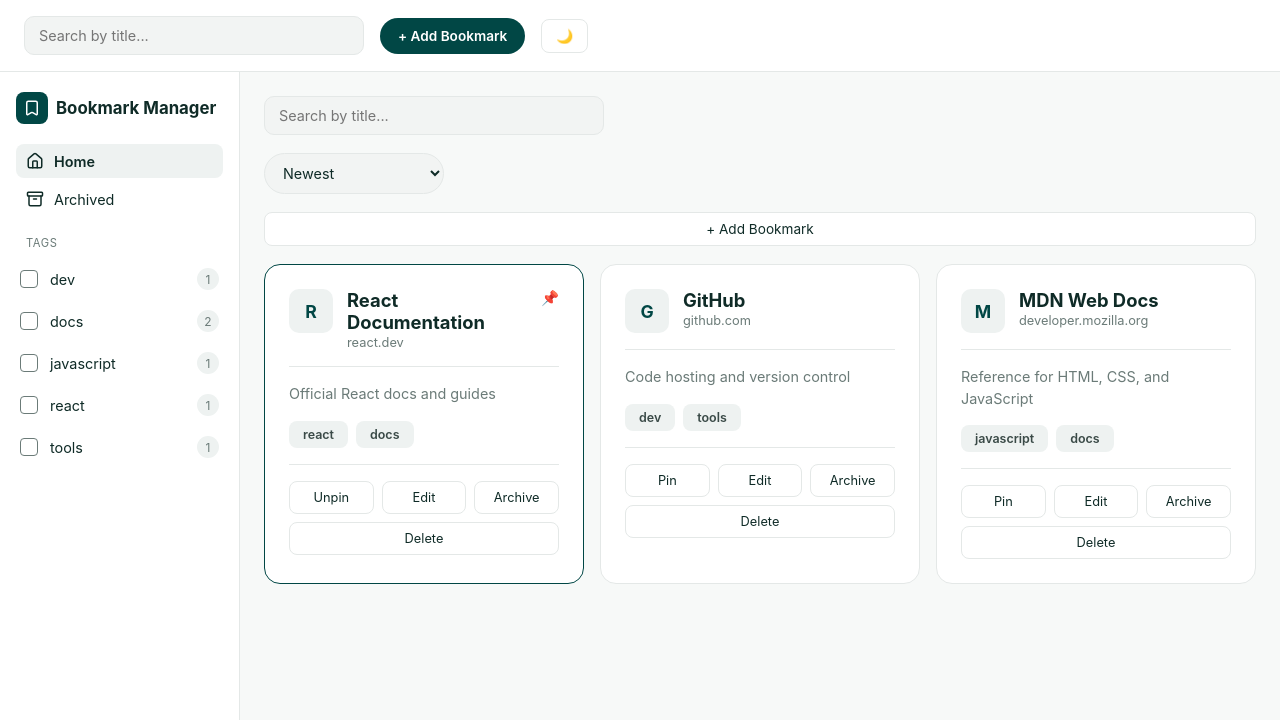
Repository: K0k1M4r/Big-Game-React
Page: /
These files come from the project's save history. The page is drawn as it stood at one moment and after the next save; the edit follows.
The browser window is 1280 px wide. The pictures show the whole page.
The project was rebuilt for these pictures with package versions that can differ from the ones it lists, and the page was loaded fresh each time. Also part of the build but not shown: vite.config.js, src/components/Modal.jsx, src/components/BookmarkForm.jsx.

Above is the page before, as saved 2026-09-23 18:40:31.

### index.html
<!doctype html>
<html lang="en">
  <head>
    <meta charset="UTF-8" />
    <link rel="icon" type="image/svg+xml" href="/favicon.svg" />
    <meta name="viewport" content="width=device-width, initial-scale=1.0" />
    <title>bookmark-manager</title>
  </head>
  <body>
    <div id="root"></div>
    <script type="module" src="/src/main.jsx"></script>
  </body>
</html>

### src/index.css
/* ===== Reset & Base ===== */
* {
  box-sizing: border-box;
  margin: 0;
  padding: 0;
}

body {
  font-family: -apple-system, BlinkMacSystemFont, "Segoe UI", Roboto, Helvetica, Arial, sans-serif;
  background-color: var(--bg-color);
  color: var(--text-color);
  transition: background-color 0.2s, color 0.2s;
}

/* ===== Theme Variables ===== */
:root[data-theme="light"] {
  --bg-color: #f7f9f8;
  --sidebar-bg: #ffffff;
  --header-bg: #ffffff;
  --card-bg: #ffffff;
  --input-bg: #f2f4f3;
  --text-color: #0f2b27;
  --muted-text: #6b7b78;
  --border-color: #e4e8e7;
  --tag-bg: #eef2f1;
  --tag-text: #3a4a47;
  --accent-color: #014745;
  --accent-hover: #026358;
  --error-color: #dc2626;
  --checkbox-border: #6b7b78;
  --nav-active-bg: #e8f0ee;
}

:root[data-theme="dark"] {
  --bg-color: #0c2622;
  --sidebar-bg: #001f1f;
  --header-bg: #0d2b27;
  --card-bg: #0f3430;
  --input-bg: #123833;
  --text-color: #f2f7f5;
  --muted-text: #9fb5b0;
  --border-color: #1c4d46;
  --tag-bg: #164039;
  --tag-text: #cfe6df;
  --accent-color: #014745;
  --accent-hover: #026358;
  --error-color: #f87171;
  --checkbox-border: #5a7a74;
  --nav-active-bg: #0d3a35;
}

button {
  font-family: inherit;
  cursor: pointer;
  border: 1px solid var(--border-color);
  background-color: var(--card-bg);
  color: var(--text-color);
  border-radius: 8px;
  padding: 8px 14px;
  font-size: 0.85rem;
  transition: background-color 0.15s, border-color 0.15s;
}

button:hover {
  filter: brightness(0.96);
}

input:not([type="checkbox"]),
textarea,
select {
  font-family: inherit;
  font-size: 0.9rem;
  padding: 10px 14px;
  border: 1px solid var(--border-color);
  border-radius: 10px;
  background-color: var(--input-bg);
  color: var(--text-color);
  width: 100%;
}

input:focus,
textarea:focus,
select:focus {
  outline: none;
  border-color: var(--accent-color);
}

/* ===== App Layout ===== */
.app {
  min-height: 100vh;
  display: flex;
  flex-direction: column;
}

.app-body {
  display: flex;
  flex: 1;
}

.logo-icon {
  display: inline-flex;
  align-items: center;
  justify-content: center;
  width: 32px;
  height: 32px;
  background-color: var(--accent-color);
  border-radius: 8px;
  color: #ffffff;
}



/* ===== Sidebar ===== */
.sidebar {
  width: 240px;
  flex-shrink: 0;
  background-color: var(--sidebar-bg);
  border-right: 1px solid var(--border-color);
  padding: 20px 16px;
  display: flex;
  flex-direction: column;
  gap: 4px;
}

.sidebar-logo {
  font-weight: 700;
  font-size: 1.05rem;
  margin-bottom: 16px;
  display: flex;
  align-items: center;
  gap: 8px;
}


.sidebar > button {
  display: flex;
  align-items: center;
  gap: 10px;
  border: none;
  background: transparent;
  text-align: left;
  width: 100%;
  padding: 8px 10px;
  border-radius: 8px;
  font-size: 0.9rem;
  color: var(--text-color);
}


.sidebar button.active {
  background-color: var(--tag-bg);
  font-weight: 600;
}

.sidebar-tags-label {
  font-size: 0.7rem;
  text-transform: uppercase;
  letter-spacing: 0.05em;
  color: var(--muted-text);
  margin: 16px 0 6px 10px;
}

.sidebar-tags {
  display: flex;
  flex-direction: column;
  gap: 4px;
}

.sidebar-tag {
  display: flex;
  align-items: center;
  gap: 12px;
  padding: 8px 4px;
  border-radius: 8px;
  cursor: pointer;
  font-size: 0.9rem;
}

.sidebar-tag:hover {
  background-color: var(--tag-bg);
}

.sidebar-tag input[type="checkbox"] {
  width: 18px;
  height: 18px;
  margin: 0;
  flex-shrink: 0;
  appearance: none;
  -webkit-appearance: none;
  border: 1.5px solid var(--checkbox-border);
  border-radius: 4px;
  background-color: transparent;
  cursor: pointer;
  position: relative;
}

.sidebar-tag input[type="checkbox"]:checked {
  background-color: var(--accent-color);
  border-color: var(--accent-color);
}

.sidebar-tag input[type="checkbox"]:checked::after {
  content: "";
  position: absolute;
  left: 5px;
  top: 1px;
  width: 5px;
  height: 10px;
  border: solid white;
  border-width: 0 2px 2px 0;
  transform: rotate(45deg);
}

.tag-name {
  flex: 1;
  color: var(--text-color);
}

.tag-count {
  margin-left: auto;
  min-width: 22px;
  height: 22px;
  display: flex;
  align-items: center;
  justify-content: center;
  font-size: 0.75rem;
  color: var(--muted-text);
  background-color: var(--tag-bg);
  border-radius: 999px;
  padding: 0 6px;
}

/* ===== Header ===== */
.app-header {
  display: flex;
  align-items: center;
  gap: 16px;
  background-color: var(--header-bg);
  border-bottom: 1px solid var(--border-color);
  padding: 16px 24px;
}

.app-header h1 {
  font-size: 1.1rem;
  white-space: nowrap;
}

.search-bar {
  max-width: 340px;
  border-radius: 999px;
}

.add-bookmark-btn {
  background-color: var(--accent-color);
  color: #ffffff;
  border: none;
  border-radius: 999px;
  padding: 10px 18px;
  font-weight: 600;
  white-space: nowrap;
}

.add-bookmark-btn:hover {
  background-color: var(--accent-hover);
}

/* ===== Main Content ===== */
.app-main {
  flex: 1;
  padding: 24px;
  display: flex;
  flex-direction: column;
  gap: 18px;
}

.filter-bar {
  display: flex;
  flex-wrap: wrap;
  gap: 8px;
}

.filter-bar button {
  border-radius: 999px;
  padding: 6px 14px;
  font-size: 0.8rem;
}

.filter-bar button.active {
  background-color: var(--accent-color);
  color: #ffffff;
  border-color: var(--accent-color);
}

.sort-select {
  max-width: 180px;
  border-radius: 999px;
}

/* ===== Bookmark List & Card ===== */
.bookmark-list {
  display: grid;
  grid-template-columns: repeat(auto-fill, minmax(270px, 1fr));
  gap: 16px;
}

.bookmark-card {
  position: relative;
  background-color: var(--card-bg);
  border: 1px solid var(--border-color);
  border-radius: 16px;
  padding: 24px;
  display: flex;
  flex-direction: column;
  gap: 16px;
}

.bookmark-card.pinned {
  border-color: var(--accent-color);
}

.bookmark-card-header {
  display: flex;
  align-items: flex-start;
  gap: 14px;
}

.bookmark-favicon {
  flex-shrink: 0;
  width: 44px;
  height: 44px;
  border-radius: 10px;
  background-color: var(--tag-bg);
  color: var(--accent-color);
  display: flex;
  align-items: center;
  justify-content: center;
  font-weight: 700;
  font-size: 1.1rem;
}

.bookmark-title-group {
  flex: 1;
  min-width: 0;
}

.bookmark-card h3 {
  font-size: 1.15rem;
  font-weight: 700;
  margin-bottom: 2px;
}

.bookmark-domain {
  font-size: 0.8rem;
  color: var(--muted-text);
}

.pin-badge {
  font-size: 0.9rem;
  flex-shrink: 0;
}

.bookmark-divider {
  height: 1px;
  background-color: var(--border-color);
}

.bookmark-card .description {
  font-size: 0.9rem;
  color: var(--muted-text);
  line-height: 1.5;
}

.tag-list {
  display: flex;
  flex-wrap: wrap;
  gap: 8px;
  list-style: none;
}

.tag {
  background-color: var(--tag-bg);
  color: var(--tag-text);
  font-size: 0.78rem;
  font-weight: 600;
  padding: 6px 14px;
  border-radius: 8px;
}

.card-actions {
  display: flex;
  flex-wrap: wrap;
  gap: 8px;
}

.card-actions button {
  flex: 1;
  min-width: 70px;
  font-size: 0.8rem;
  padding: 8px 10px;
  border-radius: 8px;
}

.archived-label {
  position: absolute;
  bottom: 14px;
  right: 14px;
  font-size: 0.7rem;
  color: var(--muted-text);
  font-style: italic;
}

/* ===== Empty / Loading States ===== */
.empty-state {
  text-align: center;
  color: var(--muted-text);
  padding: 60px 20px;
  font-size: 1rem;
}

/* ===== Modal ===== */
.modal-overlay {
  position: fixed;
  inset: 0;
  background-color: rgba(0, 0, 0, 0.5);
  display: flex;
  align-items: center;
  justify-content: center;
  z-index: 100;
  padding: 16px;
}

.modal-content {
  position: relative;
  background-color: var(--card-bg);
  border: 1px solid var(--border-color);
  border-radius: 16px;
  padding: 26px;
  width: 100%;
  max-width: 420px;
  max-height: 90vh;
  overflow-y: auto;
}

.modal-close {
  position: absolute;
  top: 12px;
  right: 12px;
  border: none;
  background: transparent;
  font-size: 1rem;
  padding: 4px 8px;
}

/* ===== Bookmark Form ===== */
.bookmark-form {
  display: flex;
  flex-direction: column;
  gap: 14px;
}

.form-field {
  display: flex;
  flex-direction: column;
  gap: 4px;
}

.form-field textarea {
  resize: vertical;
  min-height: 70px;
  border-radius: 10px;
}

.error {
  color: var(--error-color);
  font-size: 0.8rem;
}

.bookmark-form button[type="submit"] {
  background-color: var(--accent-color);
  color: #ffffff;
  border-color: var(--accent-color);
  padding: 10px;
  border-radius: 999px;
  font-weight: 600;
}

/* ===== Responsive ===== */
@media (max-width: 768px) {
  .app-body {
    flex-direction: column;
  }

  .sidebar {
    width: 100%;
    flex-direction: row;
    flex-wrap: wrap;
    overflow-x: auto;
    border-right: none;
    border-bottom: 1px solid var(--border-color);
    padding: 12px 16px;
  }

  .sidebar button {
    width: auto;
    white-space: nowrap;
  }

  .app-header {
    flex-wrap: wrap;
  }

  .app-main {
    padding: 16px;
  }

  .bookmark-list {
    grid-template-columns: 1fr;
  }

  .search-bar,
  .sort-select {
    max-width: 100%;
  }
}

### src/App.jsx
import { useState, useEffect } from "react";
import Header from "./components/Layout/Header";
import Sidebar from "./components/Layout/Sidebar";
import SearchBar from "./components/SearchBar";
import SortSelect from "./components/SortSelect";
import BookmarkList from "./components/BookmarkList";
import Modal from "./components/Modal";
import BookmarkForm from "./components/BookmarkForm";

function App() {
  const [bookmarks, setBookmarks] = useState([]);
  const [isLoading, setIsLoading] = useState(true);
  const [isModalOpen, setIsModalOpen] = useState(false);
  const [editingBookmark, setEditingBookmark] = useState(null);
  const [currentView, setCurrentView] = useState("all");
  const [searchTerm, setSearchTerm] = useState("");
  const [selectedTag, setSelectedTag] = useState("All");
  const [sortOption, setSortOption] = useState("newest");
  const [theme, setTheme] = useState(
    () => localStorage.getItem("theme") || "light"
  );

  // Initial load: localStorage first, fallback to bookmarks.json
  useEffect(() => {
    const stored = localStorage.getItem("bookmarks");

    if (stored) {
      setTimeout(() => {
        setBookmarks(JSON.parse(stored));
        setIsLoading(false);
      }, 800);
    } else {
      fetch("/data/bookmarks.json")
        .then((res) => res.json())
        .then((data) => {
          setTimeout(() => {
            setBookmarks(data);
            setIsLoading(false);
          }, 800);
        })
        .catch((err) => {
          console.error("Failed to load bookmarks:", err);
          setIsLoading(false);
        });
    }
  }, []);

  // Sync bookmarks to localStorage whenever they change (after initial load)
  useEffect(() => {
    if (!isLoading) {
      localStorage.setItem("bookmarks", JSON.stringify(bookmarks));
    }
  }, [bookmarks, isLoading]);

  // Sync theme to localStorage + apply to document
  useEffect(() => {
    localStorage.setItem("theme", theme);
    document.documentElement.setAttribute("data-theme", theme);
  }, [theme]);

  function toggleTheme() {
    setTheme((prev) => (prev === "light" ? "dark" : "light"));
  }

  function handleAddBookmark(newBookmark) {
    setBookmarks((prev) => [...prev, newBookmark]);
    closeModal();
  }

  function handleUpdateBookmark(updatedBookmark) {
    setBookmarks((prev) =>
      prev.map((b) => (b.id === updatedBookmark.id ? updatedBookmark : b))
    );
    closeModal();
  }

  function handleDeleteBookmark(id) {
    const confirmed = window.confirm("Delete this bookmark?");
    if (!confirmed) return;
    setBookmarks((prev) => prev.filter((b) => b.id !== id));
  }

  function handleTogglePin(id) {
    setBookmarks((prev) =>
      prev.map((b) => (b.id === id ? { ...b, pinned: !b.pinned } : b))
    );
  }

  function handleToggleArchive(id) {
    setBookmarks((prev) =>
      prev.map((b) => (b.id === id ? { ...b, archived: !b.archived } : b))
    );
  }

  function openAddModal() {
    setEditingBookmark(null);
    setIsModalOpen(true);
  }

  function openEditModal(bookmark) {
    setEditingBookmark(bookmark);
    setIsModalOpen(true);
  }

  function closeModal() {
    setIsModalOpen(false);
    setEditingBookmark(null);
  }

  const viewFiltered = bookmarks.filter((b) =>
    currentView === "archived" ? b.archived : !b.archived
  );

  const searchFiltered = viewFiltered.filter((b) => {
    const term = searchTerm.trim().toLowerCase();
    if (!term) return true;
    return (
      b.title.toLowerCase().includes(term) ||
      b.description.toLowerCase().includes(term)
    );
  });

  const tagFiltered = searchFiltered.filter((b) =>
    selectedTag === "All" ? true : b.tags.includes(selectedTag)
  );

  const sorted = [...tagFiltered].sort((a, b) => {
    if (a.pinned !== b.pinned) return a.pinned ? -1 : 1;

    switch (sortOption) {
      case "newest":
        return new Date(b.createdAt) - new Date(a.createdAt);
      case "oldest":
        return new Date(a.createdAt) - new Date(b.createdAt);
      case "az":
        return a.title.localeCompare(b.title);
      case "za":
        return b.title.localeCompare(a.title);
      default:
        return 0;
    }
  });

  // Tag counts based on the current view (all vs archived)
  const tagCounts = {};
  viewFiltered.forEach((b) => {
    b.tags.forEach((tag) => {
      tagCounts[tag] = (tagCounts[tag] || 0) + 1;
    });
  });
  const tagsWithCounts = Object.keys(tagCounts)
    .sort()
    .map((name) => ({ name, count: tagCounts[name] }));

  const visibleBookmarks = sorted;

  return (
    <div className="app">
      <Header theme={theme} onToggleTheme={toggleTheme} />
      <div className="app-body">
        <Sidebar
          currentView={currentView}
          onChangeView={setCurrentView}
          tags={tagsWithCounts}
          selectedTag={selectedTag}
          onSelectTag={setSelectedTag}
        />
        <main className="app-main">
          <SearchBar searchTerm={searchTerm} onSearchChange={setSearchTerm} />
          <SortSelect sortOption={sortOption} onSortChange={setSortOption} />
          <button onClick={openAddModal}>+ Add Bookmark</button>

          {isLoading ? (
            <p>Loading bookmarks...</p>
          ) : (
            <BookmarkList
              bookmarks={visibleBookmarks}
              onEdit={openEditModal}
              onDelete={handleDeleteBookmark}
              onTogglePin={handleTogglePin}
              onToggleArchive={handleToggleArchive}
              currentView={currentView}
              searchTerm={searchTerm}
            />
          )}
        </main>
      </div>

      {isModalOpen && (
        <Modal onClose={closeModal}>
          <BookmarkForm
            key={editingBookmark ? editingBookmark.id : "new"}
            initialData={editingBookmark}
            onSave={editingBookmark ? handleUpdateBookmark : handleAddBookmark}
          />
        </Modal>
      )}
    </div>
  );
}

export default App;

### src/components/Layout/Header.jsx
import SearchBar from "../SearchBar";

function Header({ theme, onToggleTheme, searchTerm, onSearchChange, onAddClick }) {
  return (
    <header className="app-header">
      <SearchBar searchTerm={searchTerm} onSearchChange={onSearchChange} />

      <button className="add-bookmark-btn" onClick={onAddClick}>
        + Add Bookmark
      </button>

      <button
        className="theme-avatar-btn"
        onClick={onToggleTheme}
        title="Toggle theme"
      >
        {theme === "light" ? "🌙" : "☀️"}
      </button>
    </header>
  );
}

export default Header;

### src/components/Layout/Sidebar.jsx
import { Bookmark, Home, Archive } from "lucide-react";

function Sidebar({ currentView, onChangeView, tags, selectedTag, onSelectTag }) {
  return (
    <nav className="sidebar">
      <div className="sidebar-logo">
        <span className="logo-icon"><Bookmark size={18} /></span>
        Bookmark Manager
      </div>

      <button
        className={currentView === "all" ? "active" : ""}
        onClick={() => onChangeView("all")}
      >
        <Home size={18} /> Home
      </button>
      <button
        className={currentView === "archived" ? "active" : ""}
        onClick={() => onChangeView("archived")}
      >
        <Archive size={18} /> Archived
      </button>

      <p className="sidebar-tags-label">Tags</p>

      <div className="sidebar-tags">
        {tags.map(({ name, count }) => (
          <label key={name} className="sidebar-tag">
            <input
              type="checkbox"
              checked={selectedTag === name}
              onChange={() =>
                onSelectTag(selectedTag === name ? "All" : name)
              }
            />
            <span className="tag-name">{name}</span>
            <span className="tag-count">{count}</span>
          </label>
        ))}
      </div>
    </nav>
  );
}

export default Sidebar;

### src/components/SearchBar.jsx
function SearchBar({ searchTerm, onSearchChange }) {
  return (
    <input
      type="text"
      placeholder="Search by title..."
      className="search-bar"
      value={searchTerm}
      onChange={(e) => onSearchChange(e.target.value)}
    />
  );
}

export default SearchBar;

### src/components/SortSelect.jsx
function SortSelect({ sortOption, onSortChange }) {
  return (
    <select
      className="sort-select"
      value={sortOption}
      onChange={(e) => onSortChange(e.target.value)}
    >
      <option value="newest">Newest</option>
      <option value="oldest">Oldest</option>
      <option value="az">A-Z</option>
      <option value="za">Z-A</option>
    </select>
  );
}

export default SortSelect;

### src/components/BookmarkList.jsx
import BookmarkCard from "./BookmarkCard";

function BookmarkList({ bookmarks, onEdit, onDelete, onTogglePin, onToggleArchive, currentView, searchTerm }) {
  if (bookmarks.length === 0) {
    let message = "No bookmarks yet. Add one to get started!";

    if (searchTerm.trim()) {
      message = `No bookmarks match "${searchTerm}".`;
    } else if (currentView === "archived") {
      message = "No archived bookmarks.";
    }

    return <p className="empty-state">{message}</p>;
  }

  return (
    <div className="bookmark-list">
      {bookmarks.map((bookmark) => (
        <BookmarkCard
          key={bookmark.id}
          bookmark={bookmark}
          onEdit={onEdit}
          onDelete={onDelete}
          onTogglePin={onTogglePin}
          onToggleArchive={onToggleArchive}
        />
      ))}
    </div>
  );
}

export default BookmarkList;

### src/components/BookmarkCard.jsx
import TagList from "./TagList";

function getInitial(title) {
  return title.charAt(0).toUpperCase();
}

function BookmarkCard({ bookmark, onEdit, onDelete, onTogglePin, onToggleArchive }) {
  let domain = "";
  try {
    domain = new URL(bookmark.url).hostname.replace("www.", "");
  } catch {
    domain = bookmark.url;
  }

  return (
    <div className={`bookmark-card ${bookmark.pinned ? "pinned" : ""}`}>
      <div className="bookmark-card-header">
        <div className="bookmark-favicon">{getInitial(bookmark.title)}</div>
        <div className="bookmark-title-group">
          <h3>{bookmark.title}</h3>
          <p className="bookmark-domain">{domain}</p>
        </div>
        {bookmark.pinned && <span className="pin-badge">📌</span>}
      </div>

      <div className="bookmark-divider" />

      <p className="description">{bookmark.description}</p>

      <TagList tags={bookmark.tags} />

      <div className="bookmark-divider" />

      <div className="card-actions">
        <button onClick={() => onTogglePin(bookmark.id)}>
          {bookmark.pinned ? "Unpin" : "Pin"}
        </button>
        <button onClick={() => onEdit(bookmark)}>Edit</button>
        <button onClick={() => onToggleArchive(bookmark.id)}>
          {bookmark.archived ? "Restore" : "Archive"}
        </button>
        <button onClick={() => onDelete(bookmark.id)}>Delete</button>
      </div>
    </div>
  );
}

export default BookmarkCard;

### src/components/TagList.jsx
function TagList({ tags }) {
  return (
    <ul className="tag-list">
      {tags.map((tag) => (
        <li key={tag} className="tag">{tag}</li>
      ))}
    </ul>
  );
}

export default TagList

### public/data/bookmarks.json
[
  {
    "id": "1",
    "title": "React Documentation",
    "url": "https://react.dev",
    "description": "Official React docs and guides",
    "tags": ["react", "docs"],
    "pinned": true,
    "archived": false,
    "favorite": false,
    "createdAt": "2026-01-10T10:00:00.000Z"
  },
  {
    "id": "2",
    "title": "MDN Web Docs",
    "url": "https://developer.mozilla.org",
    "description": "Reference for HTML, CSS, and JavaScript",
    "tags": ["javascript", "docs"],
    "pinned": false,
    "archived": false,
    "favorite": false,
    "createdAt": "2026-01-12T14:30:00.000Z"
  },
  {
    "id": "3",
    "title": "Old Design Inspiration",
    "url": "https://dribbble.com",
    "description": "UI inspiration site",
    "tags": ["design"],
    "pinned": false,
    "archived": true,
    "favorite": false,
    "createdAt": "2026-01-05T09:15:00.000Z"
  },
  {
    "id": "4",
    "title": "GitHub",
    "url": "https://github.com",
    "description": "Code hosting and version control",
    "tags": ["dev", "tools"],
    "pinned": false,
    "archived": false,
    "favorite": true,
    "createdAt": "2026-01-15T08:00:00.000Z"
  }
]

Loaded but not shown: src/main.jsx (common file)

After the next save:
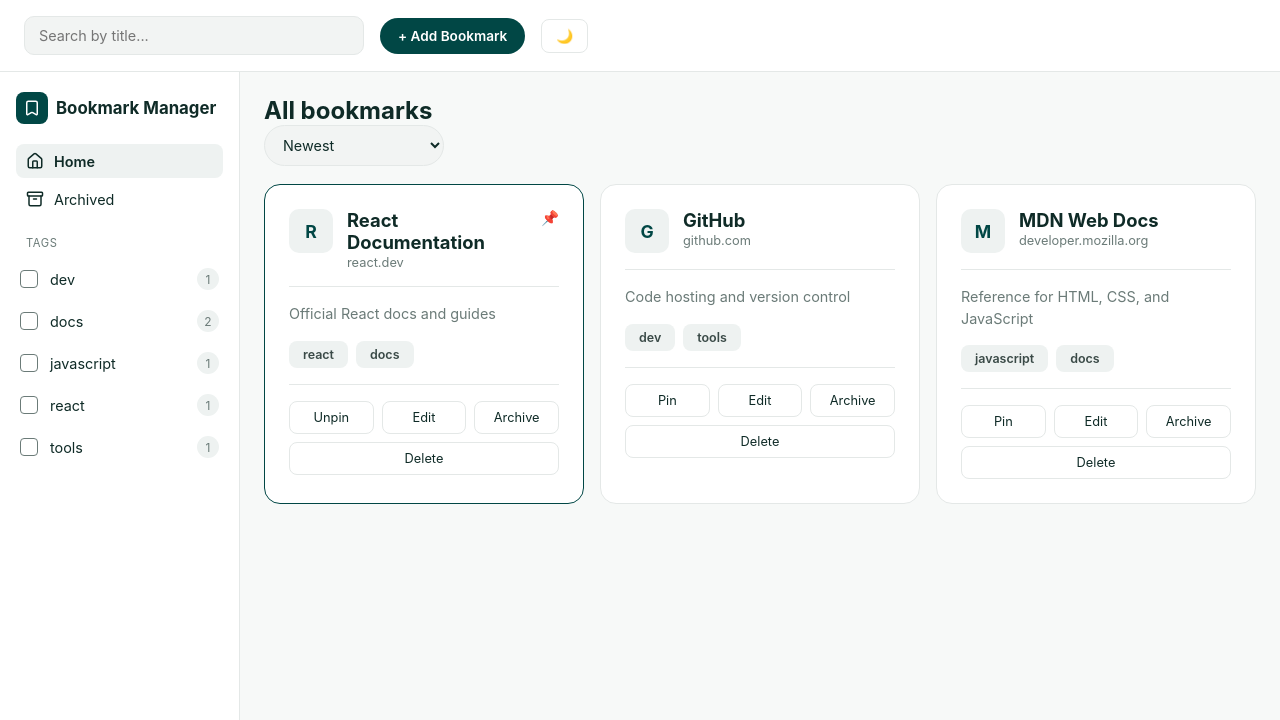
Saved 22 s later.
--- a/src/App.jsx
+++ b/src/App.jsx
@@ -1,7 +1,6 @@
 import { useState, useEffect } from "react";
 import Header from "./components/Layout/Header";
 import Sidebar from "./components/Layout/Sidebar";
-import SearchBar from "./components/SearchBar";
 import SortSelect from "./components/SortSelect";
 import BookmarkList from "./components/BookmarkList";
 import Modal from "./components/Modal";
@@ -156,7 +155,13 @@
 
   return (
     <div className="app">
-      <Header theme={theme} onToggleTheme={toggleTheme} />
+      <Header
+        theme={theme}
+        onToggleTheme={toggleTheme}
+        searchTerm={searchTerm}
+        onSearchChange={setSearchTerm}
+        onAddClick={openAddModal}
+      />
       <div className="app-body">
         <Sidebar
           currentView={currentView}
@@ -166,9 +171,10 @@
           onSelectTag={setSelectedTag}
         />
         <main className="app-main">
-          <SearchBar searchTerm={searchTerm} onSearchChange={setSearchTerm} />
-          <SortSelect sortOption={sortOption} onSortChange={setSortOption} />
-          <button onClick={openAddModal}>+ Add Bookmark</button>
+          <div className="content-header">
+            <h2>{currentView === "archived" ? "Archived" : "All bookmarks"}</h2>
+            <SortSelect sortOption={sortOption} onSortChange={setSortOption} />
+          </div>
 
           {isLoading ? (
             <p>Loading bookmarks...</p>
